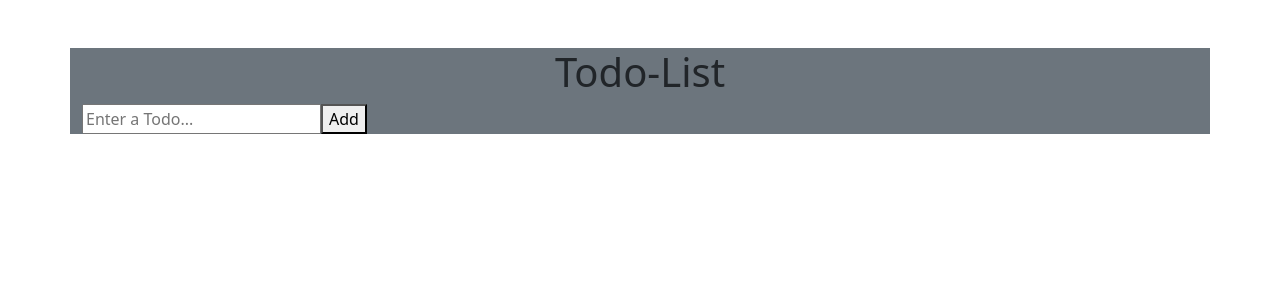
Repository: kieuduc123/Todo-List
Page: /
An editor plug-in stored every save of this project. The page is shown before and after the next save, followed by the edit.
The browser window is 1280 px wide. The pictures show the whole page.
The project was rebuilt for these pictures with package versions that can differ from the ones it lists, and the page was loaded fresh each time.

Above is the page before, as saved 2024-02-14 19:55:32.

### public/index.html
<!DOCTYPE html>
<html lang="en">

<head>
  <meta charset="utf-8" />
  <link rel="icon" href="%PUBLIC_URL%/favicon.ico" />
  <meta name="viewport" content="width=device-width, initial-scale=1" />
  <meta name="theme-color" content="#000000" />
  <meta name="description" content="Web site created using create-react-app" />
  <link rel="apple-touch-icon" href="%PUBLIC_URL%/logo192.png" />
  <link href="https://cdn.jsdelivr.net/npm/bootstrap@5.3.2/dist/css/bootstrap.min.css" rel="stylesheet"
    integrity="sha384-T3c6CoIi6uLrA9TneNEoa7RxnatzjcDSCmG1MXxSR1GAsXEV/Dwwykc2MPK8M2HN" crossorigin="anonymous">
</head>
<link rel="stylesheet" href="https://cdnjs.cloudflare.com/ajax/libs/font-awesome/6.5.1/css/all.min.css"
  integrity="sha512-DTOQO9RWCH3ppGqcWaEA1BIZOC6xxalwEsw9c2QQeAIftl+Vegovlnee1c9QX4TctnWMn13TZye+giMm8e2LwA=="
  crossorigin="anonymous" referrerpolicy="no-referrer" />
<!--
      manifest.json provides metadata used when your web app is installed on a
      user's mobile device or desktop. See https://developers.google.com/web/fundamentals/web-app-manifest/
    -->
<link rel="manifest" href="%PUBLIC_URL%/manifest.json" />

<title>TODO-LIST</title>
</head>

<body>
  <noscript>You need to enable JavaScript to run this app.</noscript>
  <div id="root"></div>
  <!--
      This HTML file is a template.
      If you open it directly in the browser, you will see an empty page.

      You can add webfonts, meta tags, or analytics to this file.
      The build step will place the bundled scripts into the <body> tag.

      To begin the development, run `npm start` or `yarn start`.
      To create a production bundle, use `npm run build` or `yarn build`.
    -->
  <script src="https://cdn.jsdelivr.net/npm/bootstrap@5.3.2/dist/js/bootstrap.bundle.min.js"
    integrity="sha384-C6RzsynM9kWDrMNeT87bh95OGNyZPhcTNXj1NW7RuBCsyN/o0jlpcV8Qyq46cDfL"
    crossorigin="anonymous"></script>
</body>

</html>

### src/index.js
import React from "react";
import ReactDOM from "react-dom/client";

import App from "./App";

const root = ReactDOM.createRoot(document.getElementById("root"));
root.render(
    <React.StrictMode>
        <App />
    </React.StrictMode>
);

// If you want to start measuring performance in your app, pass a function
// to log results (for example: reportWebVitals(console.log))
// or send to an analytics endpoint. Learn more: https://bit.ly/CRA-vitals

### src/App.js
import React, { useEffect, useState } from "react";
import Header from "./components/Header";
import Form from "./components/Form";
import TodosList from "./components/TodosList";
const App = () => {
    const initialState = JSON.parse(localStorage.getItem("todo")) || [];
    const [input, setInput] = useState("");
    const [todos, setTodos] = useState(initialState);
    const [editTodo, setEditTodo] = useState(null);

    useEffect(() => {
        localStorage.setItem("todo", JSON.stringify(todos));
    }, [todos]);
    return (
        <div className="container bg-secondary">
            <div className="app-wrapper ">
                <div className="text-center mt-5">
                    <Header />
                </div>
                <div>
                    <Form
                        input={input}
                        setInput={setInput}
                        todos={todos}
                        setTodos={setTodos}
                        editTodo={editTodo}
                        setEditTodo={setEditTodo}
                    />
                </div>
                <div>
                    <TodosList
                        todos={todos}
                        setTodos={setTodos}
                        setEditTodo={setEditTodo}
                    />
                </div>
            </div>
        </div>
    );
};

export default App;

### src/components/Header.js
import React from "react";

const Header = () => {
    return (
        <div className="header">
            <h1>Todo-List </h1>
        </div>
    );
};

export default Header;

### src/components/Form.js
import React, { useEffect } from "react";
import { v4 as uuidv4 } from "uuid";
const Form = ({ input, setInput, todos, setTodos, editTodo, setEditTodo }) => {
    const updateTodo = (title, id, completed) => {
        const newTodo = todos.map((todo) =>
            todo.id === id ? { title, id, completed } : todo
        );

        setTodos(newTodo);
        setEditTodo("");
    };
    useEffect(() => {
        if (editTodo) {
            setInput(editTodo.title);
        } else {
            setInput("");
        }
    }, [setInput, editTodo]);
    const onInputChang = (e) => {
        setInput(e.target.value);
    };
    const onFormSubmit = (e) => {
        e.preventDefault();
        if (!editTodo) {
            setTodos([
                ...todos,
                { id: uuidv4(), title: input, completed: false },
            ]);
            setInput("");
        } else {
            updateTodo(input, editTodo.id, editTodo.completed);
        }
    };
    return (
        <form onSubmit={onFormSubmit}>
            <input
                placeholder="Enter a Todo..."
                className="task-input"
                type="text"
                value={input}
                required
                onChange={onInputChang}
            />
            <button type="submit" className="button-add">
                {editTodo ? "OK" : " Add"}
            </button>
        </form>
    );
};

export default Form;

### src/components/TodosList.js
import React from "react";

const TodosList = ({ todos, setTodos, setEditTodo }) => {
    const handleDelete = ({ id }) => {
        setTodos(todos.filter((todo) => todo.id !== id));
    };
    const handleComplete = (todo) => {
        setTodos(
            todo.map((item) => {
                if (item.id === todo.id) {
                    return { ...item, completed: !item.completed };
                }
                return item;
            })
        );
    };
    const handleEdit = ({ id }) => {
        const findTodo = todos.find((todo) => todo.id === id);
        setEditTodo(findTodo);
    };
    return (
        <div>
            {todos.map((todo) => (
                <li className="todo-list " key={todo.id}>
                    <input
                        type="text"
                        value={todo.title}
                        onChange={(e) => e.preventDefault()}
                    />
                    <div>
                        <button
                            className="button-complete"
                            onClick={() => handleComplete(todo)}
                        >
                            <i className="fa fa-check-circle"></i>
                        </button>
                        <button
                            className="button-edit"
                            onClick={() => handleEdit(todo)}
                        >
                            <i className="fa fa-edit"></i>
                        </button>
                        <button
                            className="button-delete"
                            onClick={() => handleDelete(todo)}
                        >
                            <i className="fa fa-trash"></i>
                        </button>
                    </div>
                </li>
            ))}
        </div>
    );
};
export default TodosList;

After the next save:
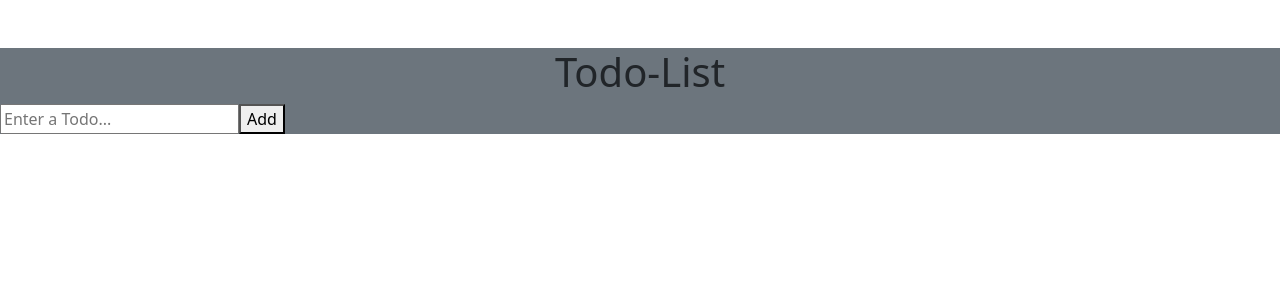
Saved 14 s later.
--- a/src/App.js
+++ b/src/App.js
@@ -12,7 +12,7 @@ const App = () => {
         localStorage.setItem("todo", JSON.stringify(todos));
     }, [todos]);
     return (
-        <div className="container bg-secondary">
+        <div className=" bg-secondary">
             <div className="app-wrapper ">
                 <div className="text-center mt-5">
                     <Header />
